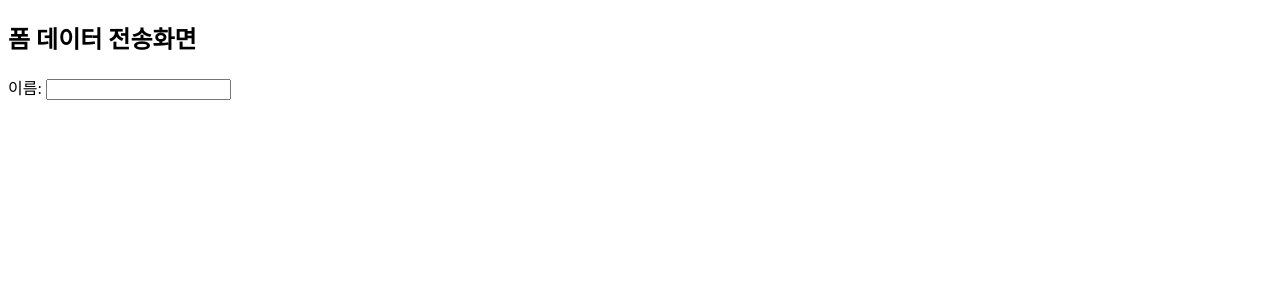
Repository: heyJSH/Study_java_web_sol
Page: http://localhost/jspweb_07/form_client.jsp
These files come from the project's save history. The page is drawn as it stood at one moment and after the next save; the edit follows.
The browser window is 1280 px wide. The pictures show the whole page.
The page is served by Tomcat 9. Other server files are loaded and not shown.

Above is the page before, as saved 2024-01-11 01:20:01.

### teacher_lecture/cotogether/workspace_stsb_4_21/jspweb_07/src/main/webapp/form_client.jsp
<%@ page language="java" contentType="text/html; charset=UTF-8"
    pageEncoding="UTF-8"%>
<!DOCTYPE html>
<html>
<head>
<meta charset="UTF-8">
<title>Insert title here</title>
</head>
<body>
	<h2>폼 데이터 전송화면</h2>

	<form action="" method="GET">

		<p>
			<label>이름: </label>
			<input type="text" name="name">
		</p>

	</form>
</body>
</html>

After the next save:
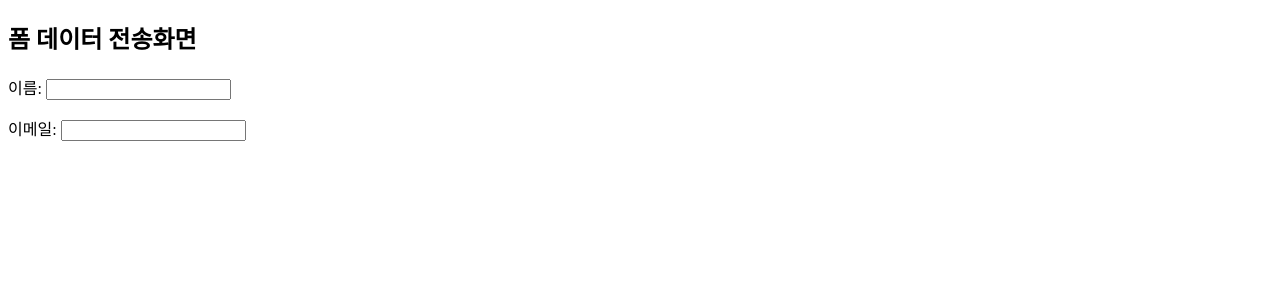
Saved 15 s later.
--- a/teacher_lecture/cotogether/workspace_stsb_4_21/jspweb_07/src/main/webapp/form_client.jsp
+++ b/teacher_lecture/cotogether/workspace_stsb_4_21/jspweb_07/src/main/webapp/form_client.jsp
@@ -16,6 +16,11 @@
 			<input type="text" name="name">
 		</p>
 
+		<p>
+			<label>이메일: </label>
+			<input type="text" name="email">
+		</p>
+
 	</form>
 </body>
 </html>
